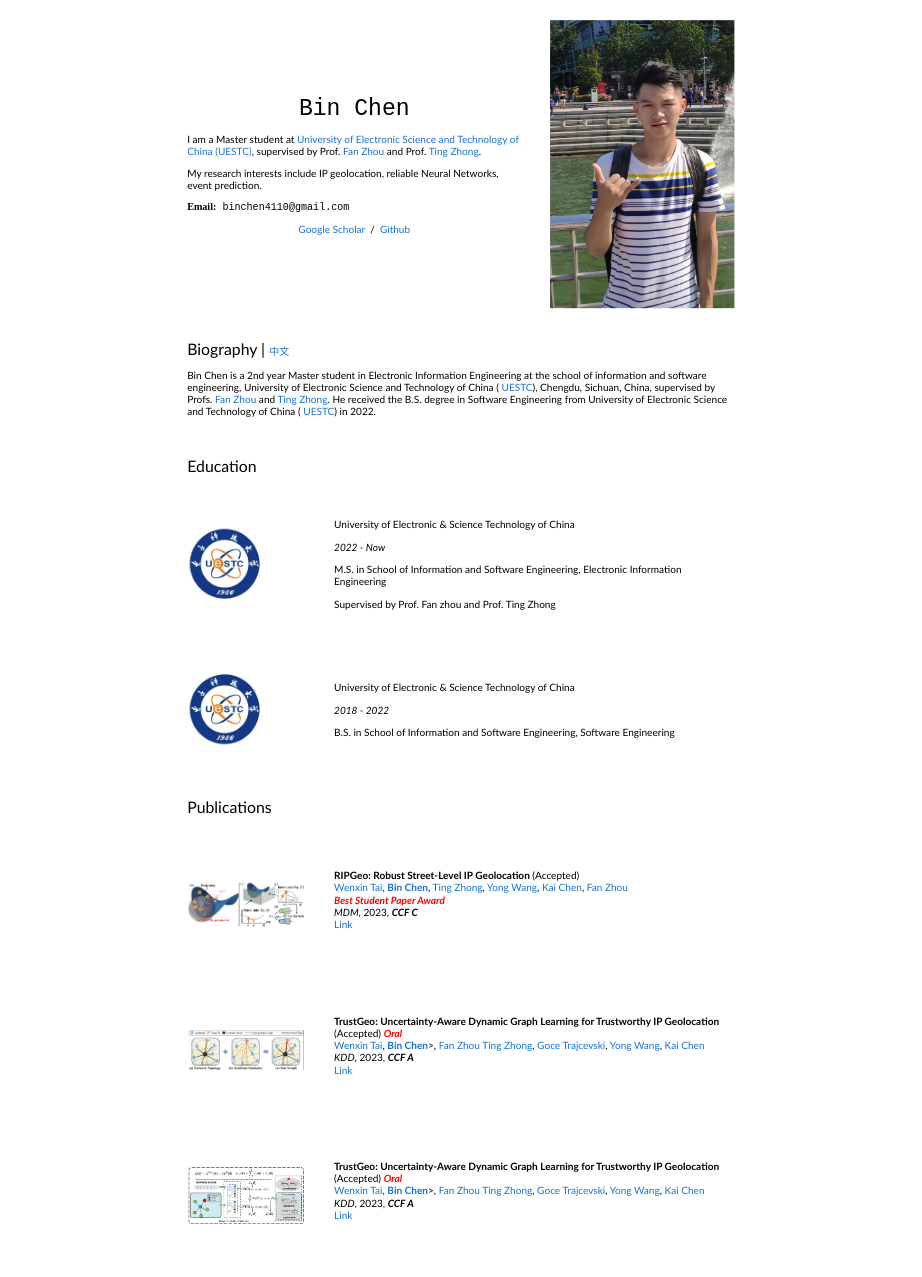
Repository: b1nchen/b1nchen.github.io
Page: index.html
An editor plug-in stored every save of this project. The page is shown before and after the next save, followed by the edit.
The browser window is 1280 px wide. The pictures show the part of the page from y = 0 to 1773 px (the page is 2141 px tall), at 72% of full size.
A picture or video elsewhere on the page could not be fetched, so the positions and the page height are approximate.

Above is the page before, as saved 2023-12-31 08:23:47.

After the next save:
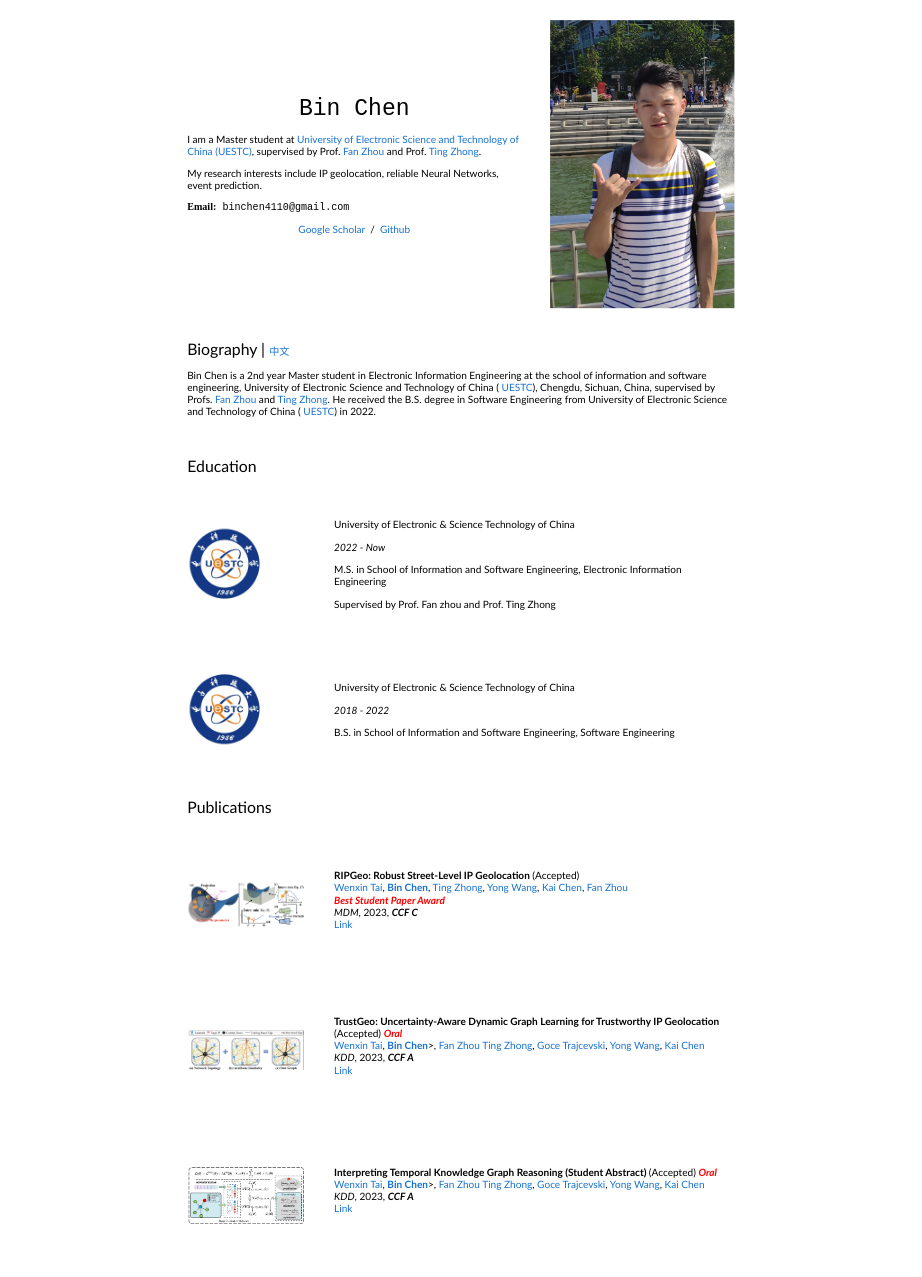
Saved 21 s later.
--- a/index.html
+++ b/index.html
@@ -278,7 +278,7 @@
               </td>
               <td style="padding:20px;width:75%;vertical-align:middle">
 
-                <papertitle>TrustGeo: Uncertainty-Aware Dynamic Graph Learning for Trustworthy IP Geolocation </papertitle>(Accepted) <em><b style="color:red">Oral</b></em>
+                <papertitle>Interpreting Temporal Knowledge Graph Reasoning (Student Abstract) </papertitle>(Accepted) <em><b style="color:red">Oral</b></em>
 
 
                 <br>
